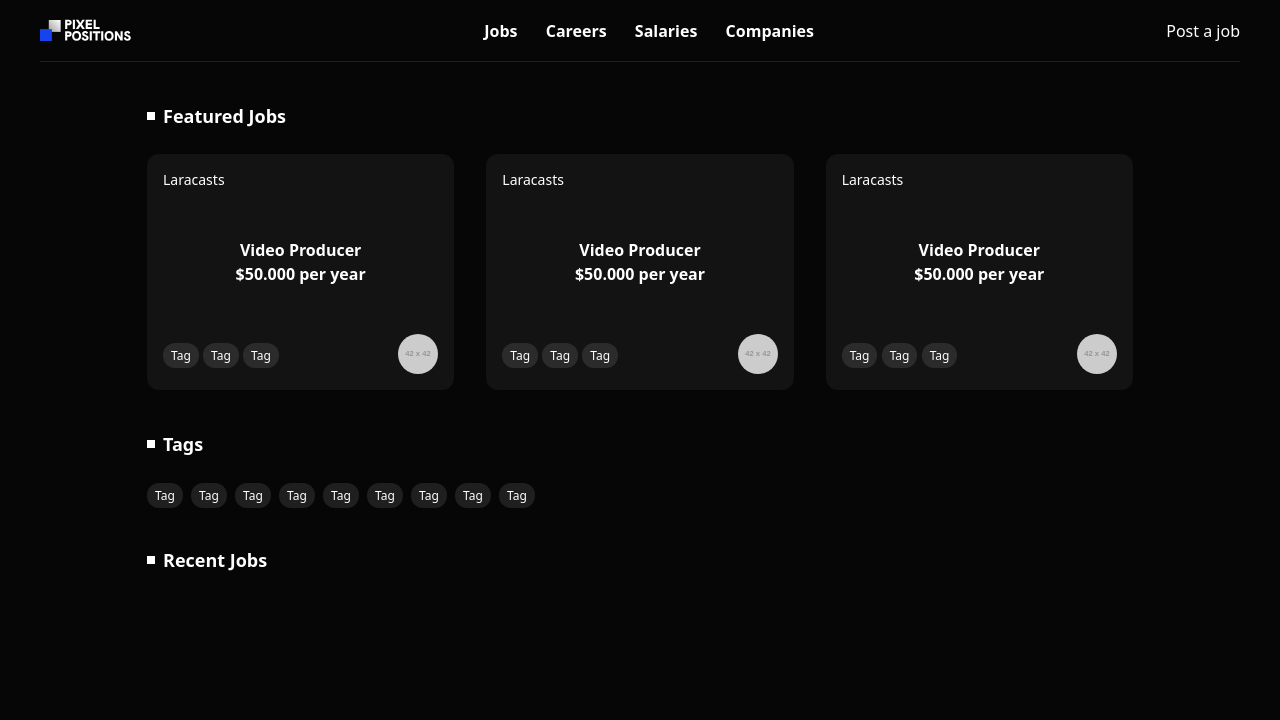
Repository: aggepap/pixel-positions-laravel
Page: http://localhost/
These files come from the project's save history. The page is drawn as it stood at one moment and after the next save; the edit follows.
The browser window is 1280 px wide. The pictures show the whole page.
The page is served by the project's Laravel application, run on PHP 8.4 with Laravel 12. Other server files are loaded and not shown. Style sheets and scripts are compiled from the project's sources, by tool versions that may differ from the author's.

Above is the page before, as saved 2025-02-21 21:23:41.

### resources/views/welcome.blade.php
<x-layout>
    <div class="space-y-10">
    <section>
      <x-section-heading>Featured Jobs</x-section-heading>
        <div class="grid lg:grid-cols-3 gap-8 mt-6">   <x-job-card />
            <x-job-card />
            <x-job-card />
        </div>

    </section>
    <section>
       <x-section-heading>Tags</x-section-heading>

       <div class="mt-6 space-x-1">
        <x-tag>Tag</x-tag>
        <x-tag>Tag</x-tag>
        <x-tag>Tag</x-tag>
        <x-tag>Tag</x-tag>
        <x-tag>Tag</x-tag>
        <x-tag>Tag</x-tag>
        <x-tag>Tag</x-tag>
        <x-tag>Tag</x-tag>
        <x-tag>Tag</x-tag>
       </div>
    </section>
   <section>
    <x-section-heading>Recent Jobs</x-section-heading>

    <div class="mt-6 space-x-1">
        </div>
    </section>
</div>
</x-layout>

### resources/views/components/section-heading.blade.php
<div class="inline-flex items-center gap-2">
  <span class="w-2 h-2 bg-white inline-block"  ></span>
<h3 class="text-lg font-bold">

  {{$slot}}</h3></div>

### resources/views/components/job-card.blade.php
<div class=" p-4 bg-white/5 rounded-xl flex flex-col gap-4 text-center">

  <div class="self-start text-sm">Laracasts</div>
  <div class="py-8 font-bold"><h3>Video Producer</h3>
  <p>$50.000 per year</p></div>
  <div class="flex justify-between items-center mt-auto">
      <div class="">
     <x-tag>Tag</x-tag>
     <x-tag>Tag</x-tag>
     <x-tag>Tag</x-tag>

  </div>
      <img src="https://placehold.co/42" alt="" class="w-10 h-10 rounded-full">
  </div>
</div>

### resources/views/components/tag.blade.php
<a href="#" class="bg-white/10 px-2 py-1 rounded-xl text-xs hover:bg-white/25 transition-colors duration-300">{{$slot}}</a>

### resources/views/components/layout.blade.php
<!DOCTYPE html>
<html lang="en">
<head>
  <meta charset="UTF-8">
  <meta name="viewport" content="width=device-width, initial-scale=1.0">
  <title>Pixel Positions</title>
  @vite(['resources/js/app.js', 'resources/css/app.css'])
</head>
<body class="bg-black text-white">
  <div class="px-10">
    <nav class="flex justify-between items-center py-4 border-b border-white/10">
      <div class="">
        <a href="/"> <img src="{{Vite::asset('resources/images/logo.svg')}}" alt="Logo"></a>

      </div>
      <div class="space-x-6 font-bold"><a href="#">Jobs</a>
      <a href="#">Careers</a>
      <a href="#">Salaries</a>
       <a href="#">Companies</a>
      </div>
      <div class=""><a href="#">Post a job</a></div>
    </nav>
    <main class="mt-10 max-w-[986px] mx-auto">{{$slot}}</main>
  </div>
</body>
</html>

### resources/images/logo.svg
<svg width="92" height="29" viewBox="0 0 92 29" fill="none" xmlns="http://www.w3.org/2000/svg">
    <path fill="url(#eq4u6l1jfa)" d="M8.787 4.021h11.877v11.877H8.787z"/>
    <path fill="#1544EF" d="M0 13.107h11.877v11.877H0z"/>
    <path d="M25.16 13V3.653h3.285c2.159 0 3.245.899 3.245 2.75 0 1.863-1.113 2.842-3.245 2.842H27.25V13H25.16zm2.091-5.686h.979c.858 0 1.354-.134 1.354-.885 0-.71-.429-.845-1.354-.845h-.979v1.73zM32.846 13V3.653h2.106V13h-2.106zm2.988 0 3.044-4.64-3.057-4.707h2.521L40.34 6.9l1.998-3.246h2.508L41.788 8.36 44.846 13h-2.521l-1.998-3.124L38.355 13h-2.52zm9.872 0V3.653h6.276v1.931h-4.17v1.61h3.969v1.944h-3.97v1.931h4.17V13h-6.275zm7.936 0V3.653h2.105v7.416h3.836V13h-5.941zM25.16 24.574v-9.347h3.285c2.159 0 3.245.898 3.245 2.75 0 1.863-1.113 2.842-3.245 2.842H27.25v3.755H25.16zm2.091-5.686h.979c.858 0 1.354-.134 1.354-.885 0-.71-.429-.845-1.354-.845h-.979v1.73zm9.367 5.927c-2.71 0-4.573-1.971-4.573-4.908 0-2.95 1.864-4.921 4.573-4.921 2.735 0 4.586 1.957 4.586 4.921 0 2.95-1.878 4.908-4.586 4.908zm0-2.011c1.515 0 2.467-1.113 2.467-2.897 0-1.797-.952-2.91-2.467-2.91-1.502 0-2.468 1.086-2.468 2.91 0 1.81.966 2.897 2.468 2.897zm8.63 1.97c-1.944 0-3.472-1.166-3.754-2.95l2.092-.522c.094 1.1.764 1.609 1.703 1.609.684 0 1.247-.335 1.247-1.046 0-.43-.429-.751-1.65-1.247-1.997-.805-2.721-1.542-2.721-2.977 0-1.556 1.22-2.655 3.057-2.655 1.3 0 2.347.603 2.95 1.81l-1.743 1.086c-.282-.684-.738-1.032-1.274-1.032-.483 0-.885.308-.885.75 0 .456.362.778 1.703 1.301 2.011.778 2.655 1.449 2.655 2.776 0 1.85-1.475 3.098-3.38 3.098zm4.478-.2v-9.347h2.106v9.347h-2.106zm5.724 0v-7.416h-2.736v-1.931h7.59v1.931h-2.722v7.416H55.45zm5.735 0v-9.347h2.105v9.347h-2.105zm7.91.241c-2.71 0-4.573-1.971-4.573-4.908 0-2.95 1.864-4.921 4.573-4.921 2.735 0 4.586 1.957 4.586 4.921 0 2.95-1.878 4.908-4.586 4.908zm0-2.011c1.515 0 2.467-1.113 2.467-2.897 0-1.797-.952-2.91-2.467-2.91-1.502 0-2.468 1.086-2.468 2.91 0 1.81.966 2.897 2.468 2.897zm11.487-7.577h2.105v9.347h-2.159l-3.513-5.726v5.726h-2.106v-9.347h2.146l3.527 5.7v-5.7zm6.848 9.548c-1.945 0-3.473-1.167-3.755-2.95l2.092-.523c.094 1.1.764 1.609 1.703 1.609.684 0 1.247-.335 1.247-1.046 0-.43-.429-.751-1.65-1.247-1.997-.805-2.721-1.542-2.721-2.977 0-1.556 1.22-2.655 3.057-2.655 1.3 0 2.347.603 2.95 1.81l-1.743 1.086c-.282-.684-.738-1.032-1.274-1.032-.483 0-.885.308-.885.75 0 .456.362.778 1.703 1.301 2.011.778 2.655 1.449 2.655 2.776 0 1.85-1.475 3.098-3.38 3.098z" fill="#fff"/>
    <defs>
        <linearGradient id="eq4u6l1jfa" x1="20.5" y1="4" x2="8" y2="16.5" gradientUnits="userSpaceOnUse">
            <stop stop-color="#fff"/>
            <stop offset="1" stop-color="#999"/>
        </linearGradient>
    </defs>
</svg>

### tailwind.config.js
import defaultTheme from "tailwindcss/defaultTheme";

/** @type {import('tailwindcss').Config} */
export default {
    content: [
        "./vendor/laravel/framework/src/Illuminate/Pagination/resources/views/*.blade.php",
        "./storage/framework/views/*.php",
        "./resources/**/*.blade.php",
        "./resources/**/*.js",
        "./resources/**/*.vue",
    ],
    theme: {
        extend: {
            fontFamily: {
                sans: ["Figtree", ...defaultTheme.fontFamily.sans],
            },
            colors: {
                black: "#060606",
            },
        },
    },
    plugins: [],
};

### resources/views/components/job-card-wide.blade.php
<div class=" p-4 bg-white/5 rounded-xl flex flex-col gap-4 text-center">
  <img src="https://placehold.co/42" alt="" class="w-10 h-10 rounded-full">
  <div class="">

  <a href="#" class="self-start text-sm">Laracasts</a>
  <h3>Video Producer</h3>
  <p>$50.000 per year</p>
</div>

      <div class=" ">
     <x-tag>Tag</x-tag>
     <x-tag>Tag</x-tag>
     <x-tag>Tag</x-tag>

  </div>

</div>

Loaded but not shown: app/Providers/AppServiceProvider.php (common file); routes/web.php (common file); resources/css/app.css (common file)

After the next save:
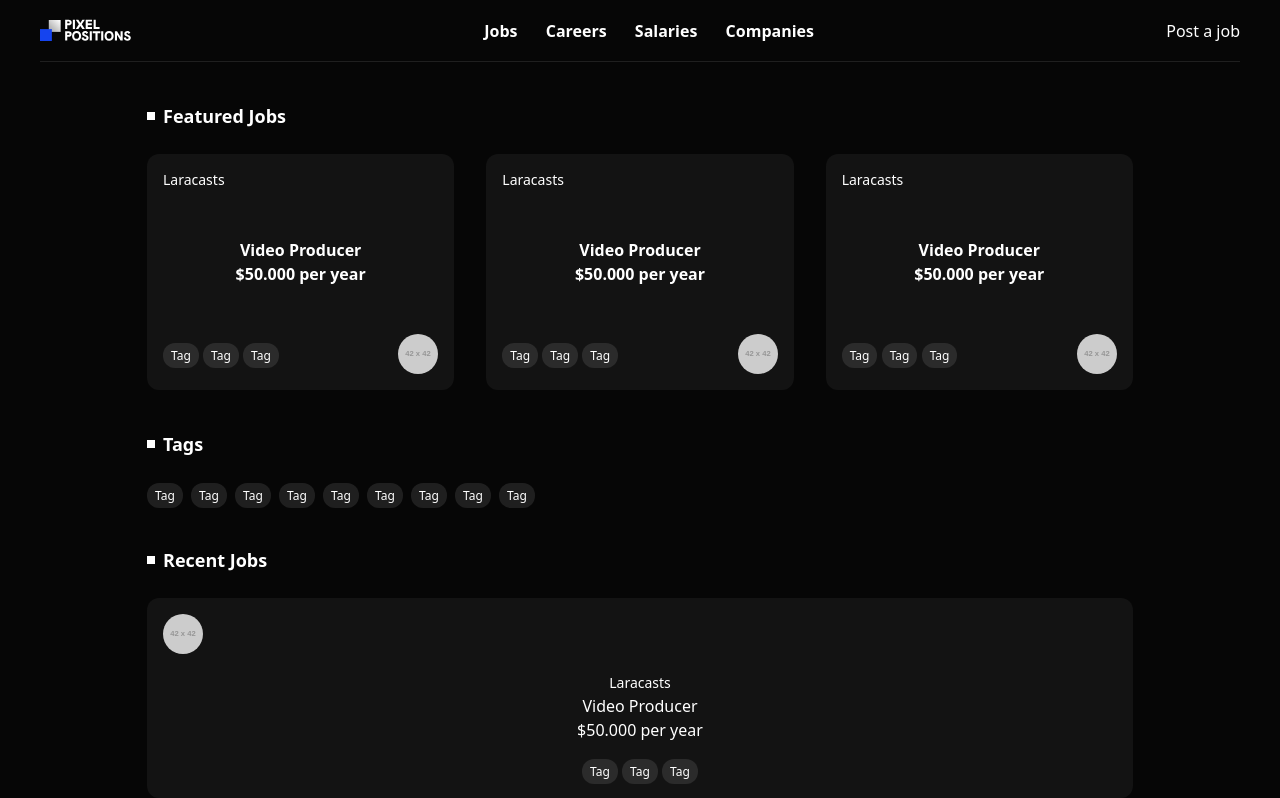
Saved 12 s later.
--- a/resources/views/welcome.blade.php
+++ b/resources/views/welcome.blade.php
@@ -27,6 +27,7 @@
     <x-section-heading>Recent Jobs</x-section-heading>
 
     <div class="mt-6 space-x-1">
+        <x-job-card-wide />
         </div>
     </section>
 </div>
